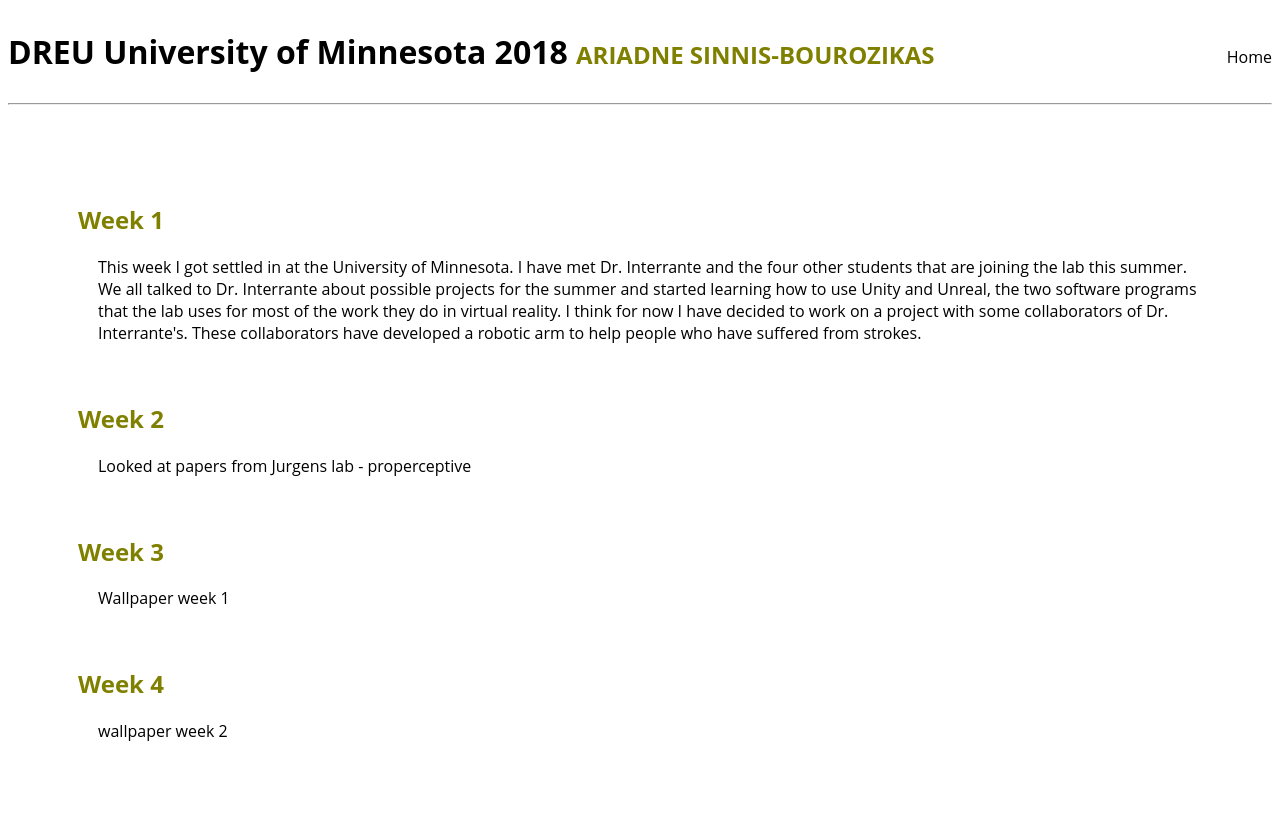
Repository: ariadnesb/dreu2018
Page: journal.html
The author's editor kept a record of every edit. The page is drawn from the files as they stood at one moment, then again after the next edit.
The browser window is 1280 px wide. The pictures show the whole page.

Above is the page before.

### journal.html
<!DOCTYPE html>
<html>
    <head>
        <title>It's me</title>
        <link rel="stylesheet" href="styles.css">
        <link href="https://fonts.googleapis.com/css?family=Roboto" rel="stylesheet">
    </head>
</html>

<body>
    <div id="header">
        <br>
        <h1>DREU University of Minnesota 2018 </h1>
        <h2>ARIADNE SINNIS-BOUROZIKAS</h2>

        <ul class="nav-bar">
            <li><a href="./index.html">Home</a></li>
        </ul>
         <br>
        <br>
        <hr>

    </div>


    <div id = "journal">
        <h2> Week 1 </h2>
        <p>
            This week I got settled in at the University of Minnesota.
            I have met Dr. Interrante and the four other students that
            are joining the lab this summer. We all talked to Dr.
            Interrante about possible projects for the summer and started
            learning how to use Unity and Unreal, the two software programs
            that the lab uses for most of the work they do in virtual
            reality. I think for now I have decided to work on a project
            with some collaborators of Dr. Interrante's. These collaborators
            have developed a robotic arm to help people who have suffered
            from strokes.

        </p>
        <br><h2> Week 2 </h2>
        <p>
            Looked at papers from Jurgens lab - properceptive
        </p>

        <br><h2> Week 3 </h2>
        <p>
            Wallpaper week 1
        </p>

        <br><h2> Week 4 </h2>
        <p>
            wallpaper week 2
        </p>
    </div>


</body>

### styles.css
html {
  /* everything that u put here will impact contents of <html>
  aka everything */
  font-family: 'Open Sans', sans-serif;
  background-color: offwhite;

}

#custom-id {
    background-color: black;
    color: white;
}

.custom-class{
    color: blue;
    display: inline;

}

#name {
    color: #66D167;
}

#header h1 {
    display: inline;
}

#header h2 {
    display: inline;
    color: olive;
}

#header .nav-bar  {
    display: inline;
    float: right;
    list-style-type: none;

}

#header li {
    display: inline;
    padding: 0;
    background-color: none;
}

 a {
    text-decoration: none;
    display: inline;
    color: black;

}

 a:hover {
    background-color: olive;
    display: inline;
    color:white;
}

#emb_link {
    text-decoration: underline;
}

#journal {
    display:inline-block;
    margin: 70px;
}

#journal h2 {
    color: olive;
}

#journal p{
    margin-left: 20px;
}

#paragraph {
    margin: 70px;
}

After the next edit:
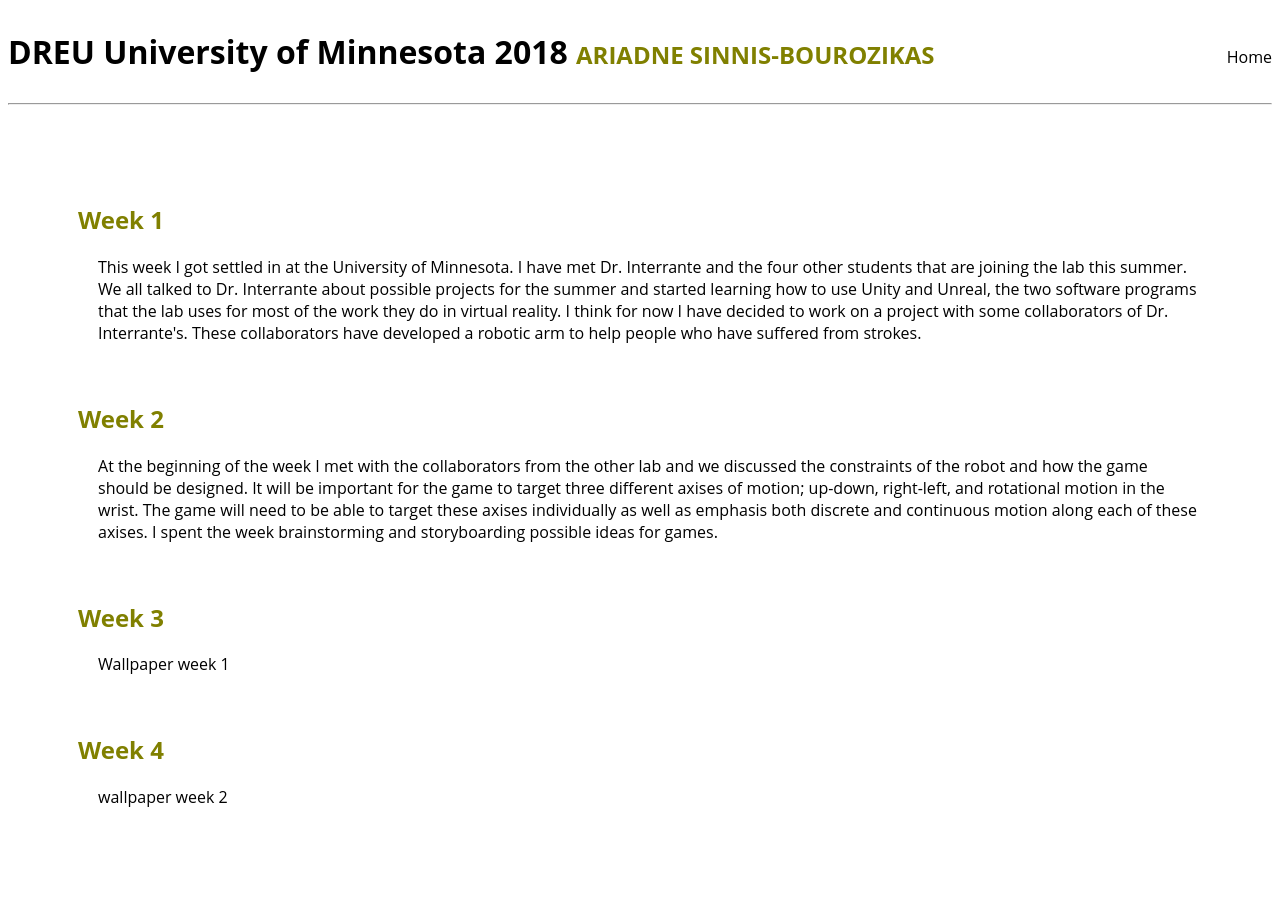
The edit:
--- a/journal.html
+++ b/journal.html
@@ -40,7 +40,7 @@
         </p>
         <br><h2> Week 2 </h2>
         <p>
-            Looked at papers from Jurgens lab - properceptive
+            At the beginning of the week I met with the collaborators from the other lab and we discussed the constraints of the robot and how the game should be designed. It will be important for the game to target three different axises of motion; up-down, right-left, and rotational motion in the wrist. The game will need to be able to target these axises individually as well as emphasis both discrete and continuous motion along each of these axises. I spent the week brainstorming and storyboarding possible ideas for games.
         </p>
 
         <br><h2> Week 3 </h2>
